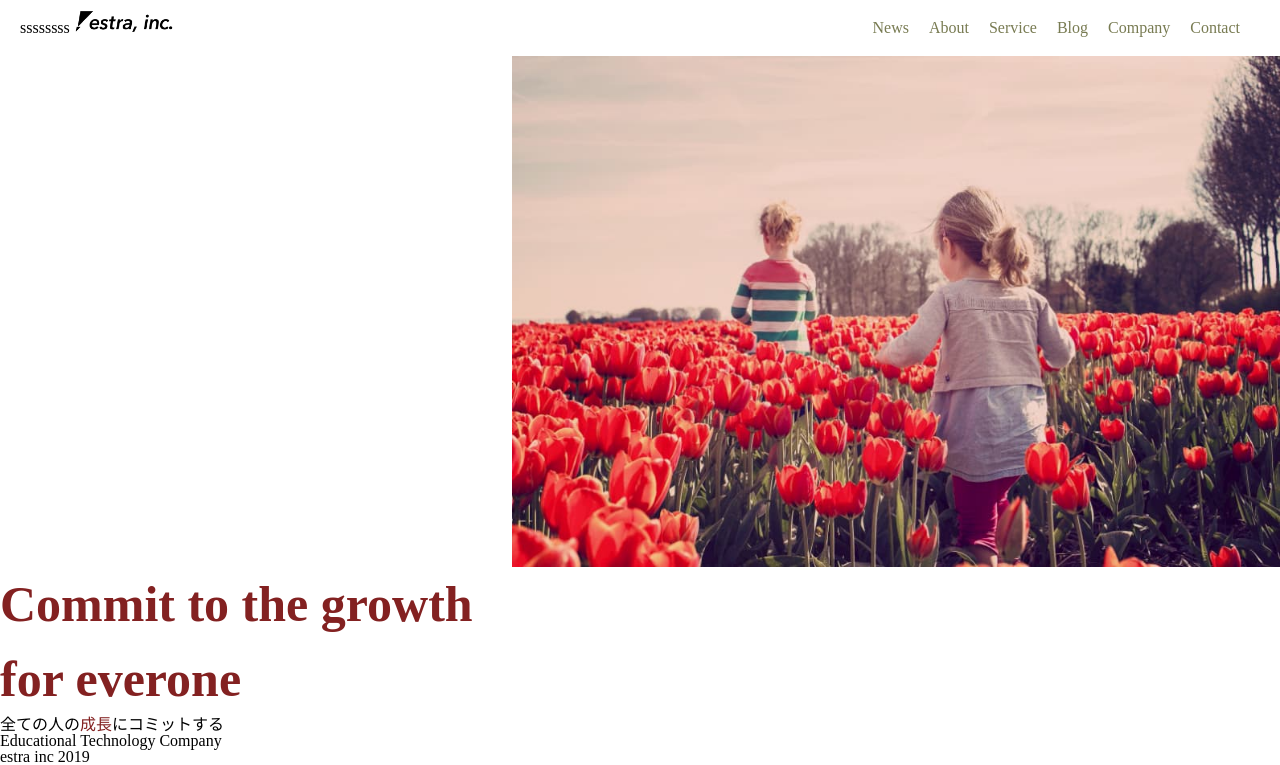
Repository: masanarimiura/20220504miura
Page: index.html
The author's editor kept a copy of each file at every save. The page is drawn from the files as they stood at one save, then again after the next save.
The browser window is 1280 px wide. The pictures show the whole page.
Some web fonts or font styles are not loaded; a fallback is used.

Above is the page before, as saved 2022-05-04 18:21:55.

After the next save:
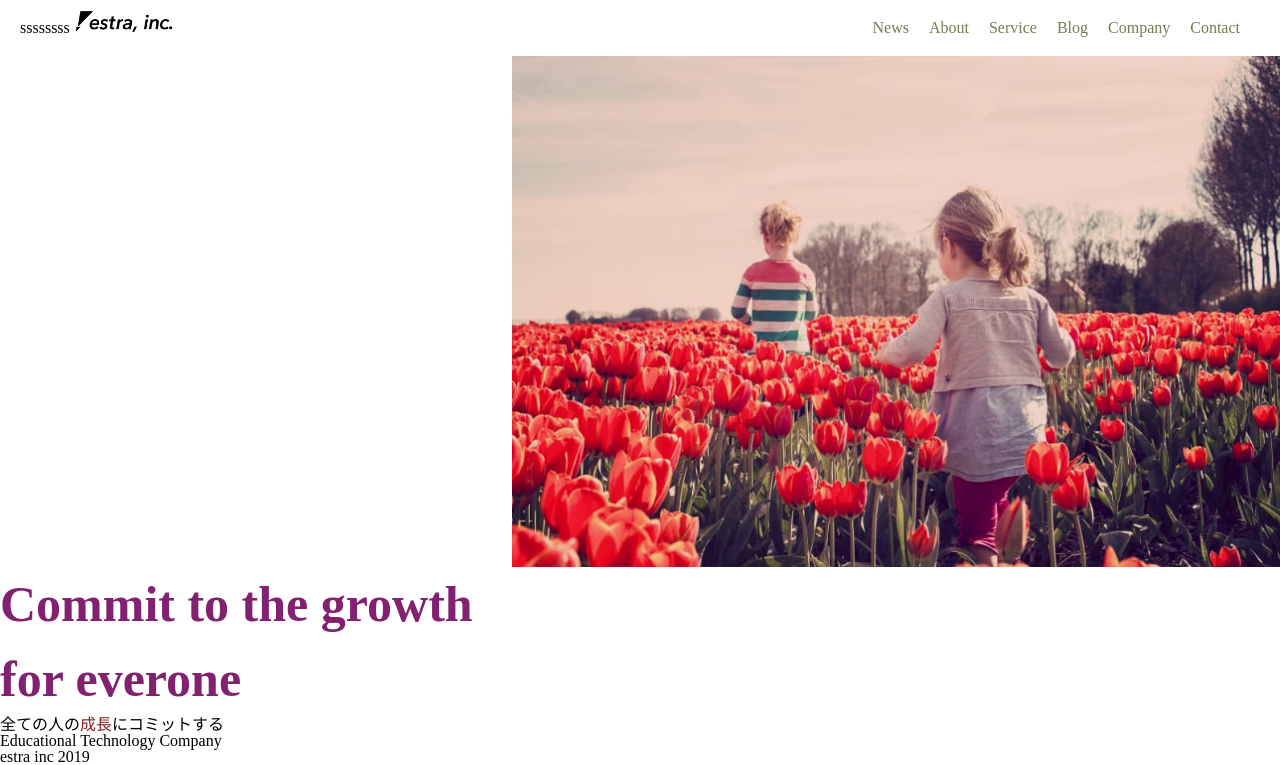
Saved 6 s later.
--- a/css/style.css
+++ b/css/style.css
@@ -36,7 +36,7 @@ a {
   display: block;
 }
 .firstview-ttl {
-  color: rgb(131, 33, 33);
+  color: rgb(131, 33, 113);
   font-size: 50px;
   font-family: "Gochi Hand", cursive;
   line-height: 1.5;
